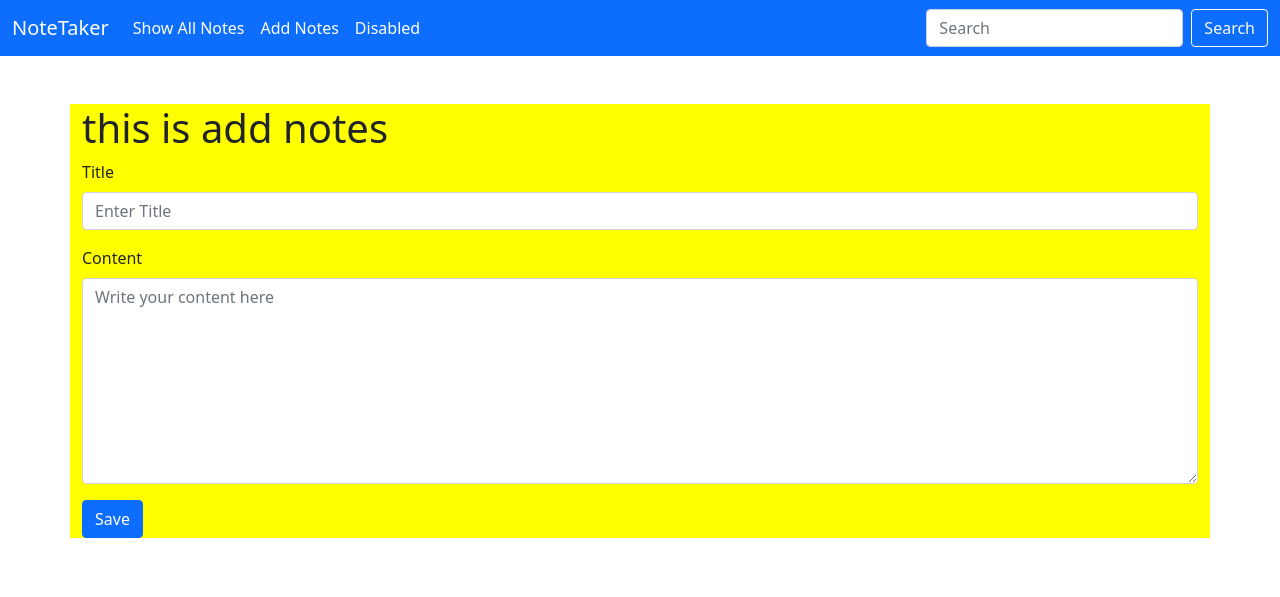
Repository: Shubham-Kumar-cmd/Hibernate
Page: http://localhost/NoteTakerApp/addNotes.jsp
The author's editor kept a copy of each file at every save. The page is drawn from the files as they stood at one save, then again after the next save.
The browser window is 1280 px wide. The pictures show the whole page.
The page is served by Tomcat 9.

Above is the page before, as saved 2023-02-07 13:14:09.

After the next save:
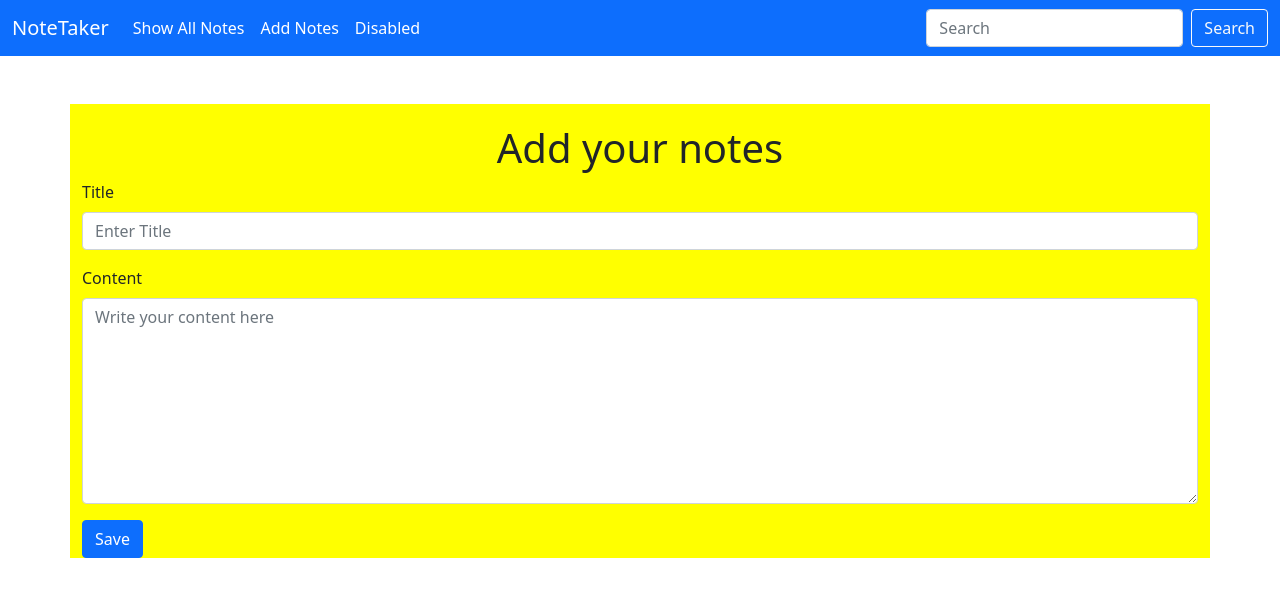
Saved 38 s later.
--- a/NoteTakerApp/src/main/webapp/addNotes.jsp
+++ b/NoteTakerApp/src/main/webapp/addNotes.jsp
@@ -16,7 +16,7 @@
 <body>
 
 <div class="container mt-5">
-	<h1>this is add notes</h1>
+	<h1 class="title">Add your notes</h1>
 	<form action="" method="post">
 		<div class="mb-3">
 			<label for="title" class="form-label">Title</label>
